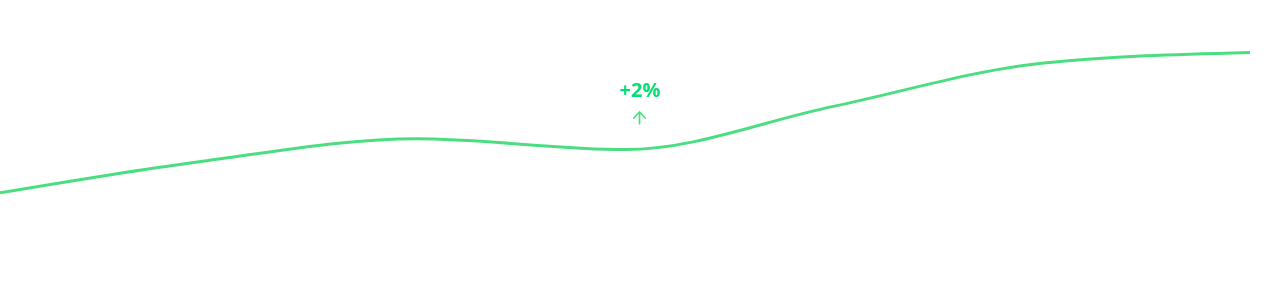
Repository: SharonSebastian32/reacharts
Page: /
The author's editor kept a copy of each file at every save. The page is drawn from the files as they stood at one save, then again after the next save.
The browser window is 1280 px wide. The pictures show the whole page.
The project was rebuilt for these pictures with package versions that can differ from the ones it lists, and the page was loaded fresh each time. Also part of the build but not shown: vite.config.js.

Above is the page before, as saved 2025-03-20 22:44:30.

After the next save:
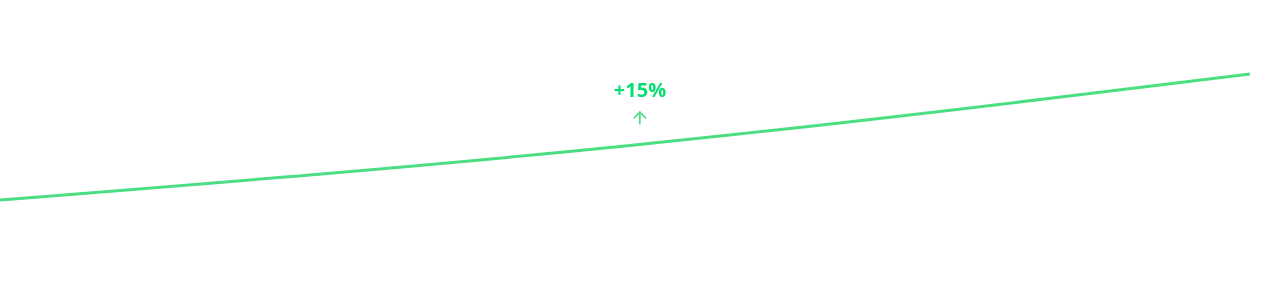
Saved 28 s later.
--- a/src/App.jsx
+++ b/src/App.jsx
@@ -2,7 +2,14 @@
 function App() {
   return (
     <>
-      <GrowthGraph />
+    <GrowthGraph
+  data={[
+    { name: 'Q1', value: 10 },
+    { name: 'Q2', value: 25 },
+    { name: 'Q3', value: 45 },
+  ]}
+  growthRate="+15%"
+/>
     </>
   );
 }

After the save that followed:
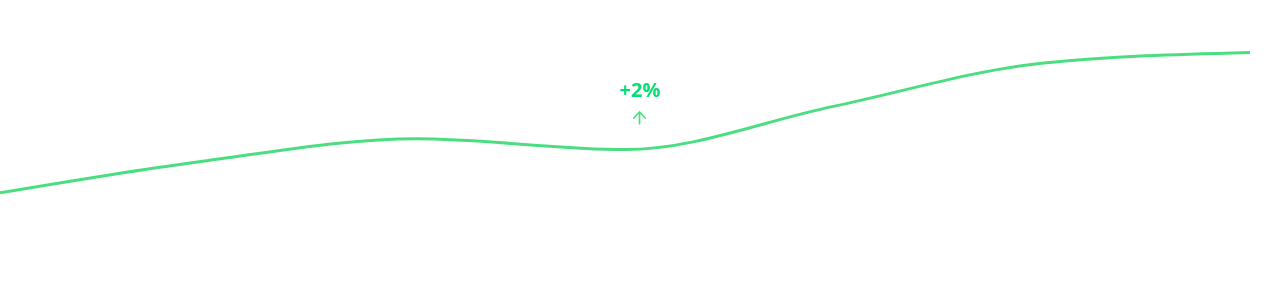
Saved 16 s later.
--- a/src/App.jsx
+++ b/src/App.jsx
@@ -2,14 +2,7 @@
 function App() {
   return (
     <>
-    <GrowthGraph
-  data={[
-    { name: 'Q1', value: 10 },
-    { name: 'Q2', value: 25 },
-    { name: 'Q3', value: 45 },
-  ]}
-  growthRate="+15%"
-/>
+      <GrowthGraph />
     </>
   );
 }
